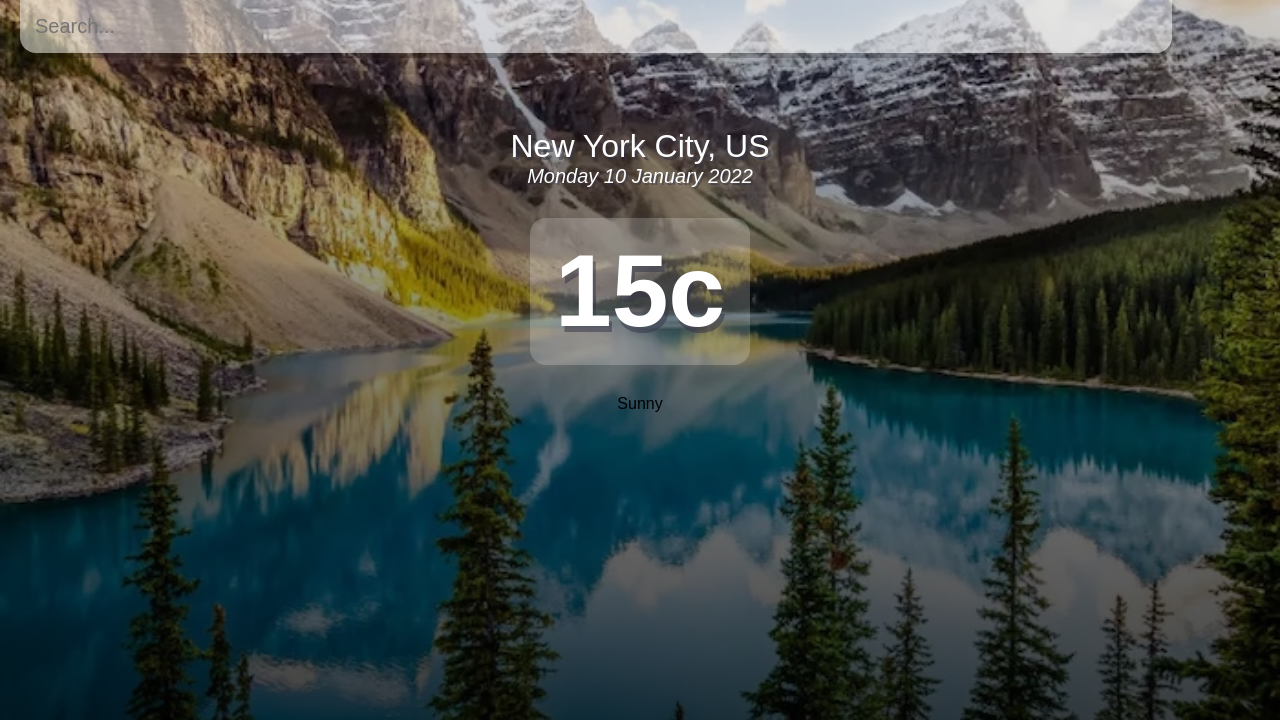
Repository: K-TT/WeatherApp
Page: /
These files come from the project's save history. The page is drawn as it stood at one moment and after the next save; the edit follows.
The browser window is 1280 px wide. The pictures show the whole page.
The project was rebuilt for these pictures with package versions that can differ from the ones it lists, and the page was loaded fresh each time.

Above is the page before, as saved 2022-01-13 23:40:53.

### src/index.css
* {
    margin: 0;
    padding: 0;
    box-sizing: border-box;
}

body {
    font-family: sans-serif;
}

.app {
    background-image: url(./assets/snowy_mountains.jpeg);
    background-size: cover;
    background-position: bottom;
    transition: 0.4 case-out;
    width: 100%;
}

.app.warm {
    background-image: url(./assets/summer_mountains.jpg);
}

main {
    min-height: 100vh;
    background-image: linear-gradient(to bottom, rgba(0, 0, 0, 0.2), rgba(0, 0, 0, 0.75))
}

.search-box {
    width: 100%;
    margin: 0px 0px 75px 0px;
}

.search-box .search-bar {
    display: block;
    width: 90%;
    padding: 15px;
    appearance: none;
    background: none;
    border: none;
    outline: none;
    background-color: rgba(255, 255, 255, 0.5);
    border-radius: 0px 0px 16px 16px;
    margin: 0px 20px 0px 20px;
    box-shadow: 0px 5px rgba(0, 0, 0, 0.2);
    color: #313131;
    font-size: 20px;
    transition: 0.4s ease;
}

.search-box .search-bar:focus {
    background-color: rgba(255, 255, 255, 0.75);
}

.location-box .location {
    color: #FFF;
    font-size: 32px;
    font-weight: 500;
    text-align: center;
    text-shadow: 3px 3px rgba(50, 50, 70, 0.5);
}

.location-box .date {
    color: #FFF;
    font-size: 20px;
    font-weight: 300;
    font-style: italic;
    text-align: center;
    text-shadow: 2px 2px rgba(50, 50, 70, 0.5);
}

.weather-box {
    text-align: center;
}

.weather-box .temp {
    position: relative;
    display: inline-block;
    margin: 30px auto;
    background-color: rgba(255, 255, 255, 0.2);
    border-radius: 16px;
    padding: 15px 25px;
    color: #FFF;
    font-size: 102px;
    font-weight: 900;
    text-shadow: 3px 6px rgba(50, 50, 70, 0.5);
}

### src/App.js
import React from 'react';
const api = {
  key: "9820c5639a4f86f59ebb8b89ceffe3b0",
  base: "https://api.openweathermap.org/data/2.5/"
}

function App() {

  const dateBuilder = (d) => {
    let months = ["January", "February", "March", "April", "May",
      "June", "July", "August", "September", "October", "November", "December"];
    let days = ["Sunday", "Monday", "Tuesday", "Wednesday", "Thursday", "Friday", "Saturday"];
    let day = days[d.getDay()];
    let date = d.getDate();
    let month = months[d.getMonth()];
    let year = d.getFullYear();

    return `${day} ${date} ${month} ${year}`
  }

  return (
    <div className="app warm">
      <main>
        <div className="search-box">
          <input
            type="text"
            className="search-bar"
            placeholder="Search..."
          />
        </div>
        <div className="location-box">
          <div className="location">New York City, US</div>
          <div className="date">{ dateBuilder(new Date())}</div>
        </div>

        <div className="weather-box">
          <div className="temp">
            15c
          </div>
          <div className="weather">Sunny</div>
        </div>
      </main>
    </div>
    );
}

export default App;

Loaded but not shown: public/index.html (common file); src/index.js (common file); src/reportWebVitals.js (common file)

After the next save:
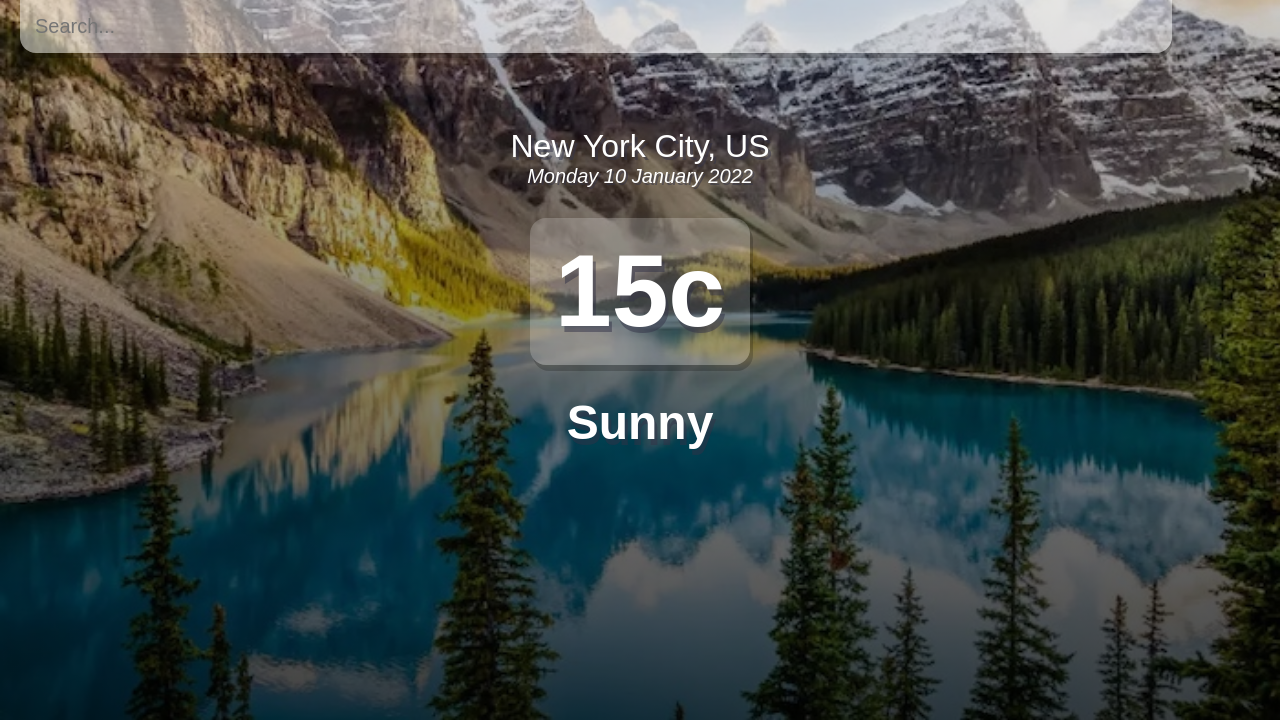
Saved 79 s later.
--- a/src/index.css
+++ b/src/index.css
@@ -83,4 +83,13 @@ main {
     font-size: 102px;
     font-weight: 900;
     text-shadow: 3px 6px rgba(50, 50, 70, 0.5);
+    text-align: center;
+    box-shadow: 3px 6px rgba(0, 0, 0, 0.2);
 }
+
+.weather-box .weather {
+    color: #FFF;
+    font-size: 48px;
+    font-weight: 700;
+    text-shadow: 3px 6px rgba(50, 50, 70, 0.5);
+}
